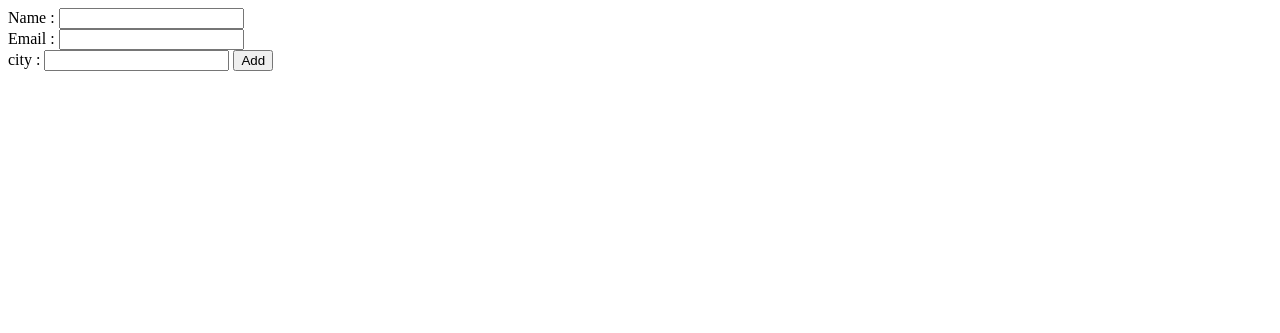
Repository: UnmeshNarayanKadam/JAVA-SPRING-HIBERNATE-PROGRAM
Page: http://localhost/spring-webapp/addCustomer.jsp
The author's editor kept a copy of each file at every save. The page is drawn from the files as they stood at one save, then again after the next save.
The browser window is 1280 px wide. The pictures show the whole page.
The page is served by Tomcat 9. Other server files are loaded and not shown.

Above is the page before, as saved 2023-02-27 05:24:22.

### spring-webapp/src/main/webapp/addCustomer.jsp
<%@ page language="java" contentType="text/html; charset=ISO-8859-1"
	pageEncoding="ISO-8859-1"%>
<!DOCTYPE html>
<html>
<head>
<meta charset="ISO-8859-1">
<title>Insert title here</title>
<style>

</style>
</head>
<body>
	<form>
		Name : <input name="name" /><br> Email : <input name="email" /><br>
		city : <input name="city" />
		<button type="submit">Add</button>
	</form>
</body>
</html>

After the next save:
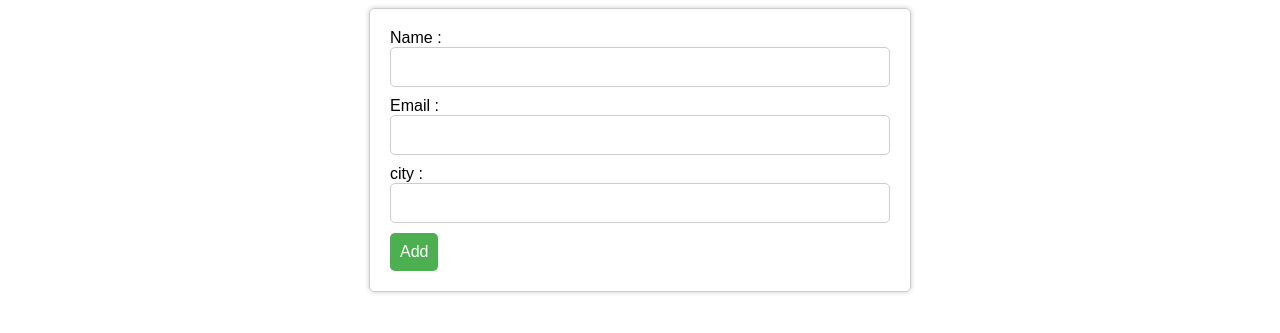
Saved 24 s later.
--- a/spring-webapp/src/main/webapp/addCustomer.jsp
+++ b/spring-webapp/src/main/webapp/addCustomer.jsp
@@ -6,8 +6,39 @@
 <meta charset="ISO-8859-1">
 <title>Insert title here</title>
 <style>
-
-</style>
+		form {
+			width: 500px;
+			margin: 0 auto;
+			padding: 20px;
+			border: 1px solid #ccc;
+			border-radius: 5px;
+			box-shadow: 0 0 5px #ccc;
+			font-family: Arial, sans-serif;
+		}
+		input {
+			padding: 10px;
+			border: 1px solid #ccc;
+			border-radius: 5px;
+			margin-bottom: 10px;
+			width: 100%;
+			box-sizing: border-box;
+			font-size: 16px;
+			font-family: Arial, sans-serif;
+		}
+		button[type="submit"] {
+			background-color: #4CAF50;
+			color: white;
+			padding: 10px;
+			border: none;
+			border-radius: 5px;
+			cursor: pointer;
+			font-size: 16px;
+			font-family: Arial, sans-serif;
+		}
+		button[type="submit"]:hover {
+			background-color: #3e8e41;
+		}
+	</style>
 </head>
 <body>
 	<form>
